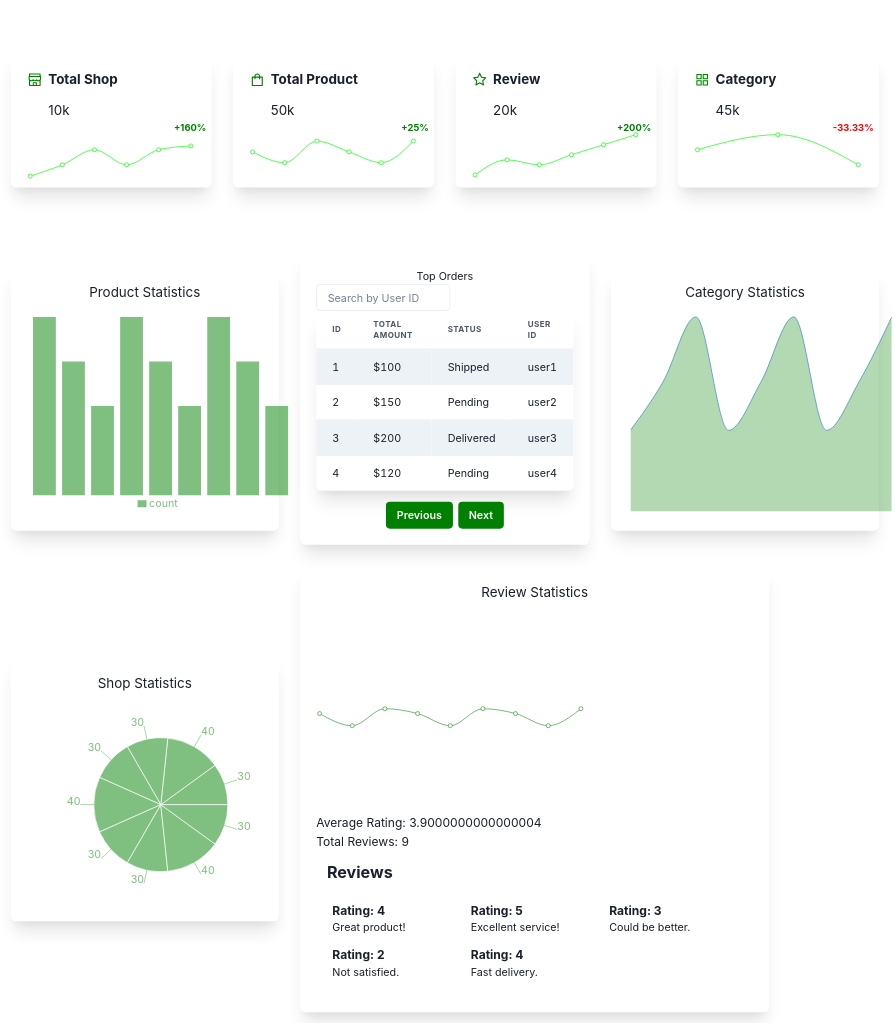
Repository: Andarg01/chakra-dashboard
Page: /
These files come from the project's save history. The page is drawn as it stood at one moment and after the next save; the edit follows.
The browser window is 1280 px wide. The page is 1336 px wide, then 1280 px, so the pictures cover 1336 px, including what lies to the right of the window. The pictures show the whole page, at 67% of full size.
The project was rebuilt for these pictures with package versions that can differ from the ones it lists, and the page was loaded fresh each time. Also part of the build but not shown: src/components/ProductModal.tsx, src/components/ProductTable.tsx, src/pages/ProductList.tsx, src/components/RecentSalesTable.tsx, src/components/PopularProductsPage.tsx, src/pages/Analytics.tsx.

Above is the page before, as saved 2024-03-15 15:25:01.

### src/index.tsx
import React from 'react';
import ReactDOM from 'react-dom/client';
import './index.css';
import App from './App';

import { ChakraProvider } from '@chakra-ui/react';


const root = ReactDOM.createRoot(
  document.getElementById('root') as HTMLElement
);
root.render(

  <React.StrictMode>
  <ChakraProvider>
    <App />
    </ChakraProvider>
  </React.StrictMode>

);

### src/App.tsx
import React from 'react'
import ProductList from './pages/ProductList'
import Dashboard from './components/Dashboard'
import Sidebar from './components/Sidebar';
import Analytics from './pages/Analytics';
import { BrowserRouter, Route, Routes } from 'react-router-dom';
const App = () => {
  return (
    <div>
    <BrowserRouter>
    <Sidebar>
      <Routes>
      <Route path="/" element={<Dashboard />}/>
      <Route path="/dashboard" element={<Dashboard />}/>
      <Route path="/analytics" element={<Analytics  />} />
      <Route path="/product" element={<ProductList />}/>

      </Routes>
    </Sidebar>
  </BrowserRouter>
    </div>
  )
}

export default App





















// import React from 'react';
// import { BrowserRouter, Route, Routes } from 'react-router-dom';
// import Sidebar from './components/Sidebar';

// import Dashboard from './pages/Dashboard'

// import Analytics from './pages/AnalyticsPage'

// import ProductList from './ProductList';
// import './App.css';


// // import { ChakraProvider } from '@chakra-ui/react';

// type SaleData = {
//   date: string;
//   amount: number;
// };

// type RevenueData = {
//   month: string;
//   revenue: number;
// };

// const App: React.FC = () => {
//   const saleData: SaleData[] = [
//     { date: '2022-01-01', amount: 100 },
//     { date: '2022-01-02', amount: 150 },
//     { date: '2022-01-03', amount: 200 },
//     { date: '2022-01-04', amount: 120 },
//     { date: '2022-01-05', amount: 180 },
//     { date: '2022-01-06', amount: 90 },
//     { date: '2022-01-07', amount: 110 },
//     { date: '2022-01-08', amount: 130 },
//     { date: '2022-01-09', amount: 170 },
//     { date: '2022-01-10', amount: 160 },
//   ];

//   const revenueData: RevenueData[] = [
//     { month: 'January', revenue: 500 },
//     { month: 'February', revenue: 700 },
//     { month: 'March', revenue: 600 },
//     { month: 'April', revenue: 800 },
//     { month: 'May', revenue: 900 },
//     { month: 'June', revenue: 750 },
//     { month: 'July', revenue: 850 },
//     { month: 'August', revenue: 950 },
//     { month: 'September', revenue: 700 },
//     { month: 'October', revenue: 850 },
//   ];

//   return (
//     // <ChakraProvider>
//       <div>
//         <BrowserRouter>
//           <Sidebar>
//             <Routes>
//               <Route path="/" element={<Dashboard saleData={saleData} revenueData={revenueData} />} />
//               <Route path="/dashboard" element={<Dashboard saleData={saleData} revenueData={revenueData} />} />

//               <Route path="/analytics" element={<Analytics />} />
//               <Route path="/product" element={<ProductList />} />

//             </Routes>
//           </Sidebar>
//         </BrowserRouter>
//       </div>
//     {/* </ChakraProvider> */}
//   );
// };

// export default App;

### src/components/Sidebar.tsx




import React, { useState } from 'react';
import {
  FaTh,
  FaBars,
  FaShoppingBag,
  FaRegChartBar,
} from 'react-icons/fa';

import { NavLink } from 'react-router-dom';
import { Box, IconButton, Text, Flex } from '@chakra-ui/react';

interface MenuItem {
  path: string;
  name: string;
  icon: JSX.Element;
}

const Sidebar: React.FC<React.PropsWithChildren<{}>> = ({ children }) => {
  const [isOpen, setIsOpen] = useState(false);

  const toggle = () => setIsOpen(!isOpen);

  const menuItems: MenuItem[] = [
    {
      path: '/',
      name: 'Dashboard',
      icon: <FaTh />,
    },
    {
      path: '/analytics',
      name: 'Analytics',
      icon: <FaRegChartBar />,
  },
    {
      path: '/product',
      name: 'Product',
      icon: <FaShoppingBag />,
    },
  ];

  return (
    <Flex>
      <Box
        width={isOpen ? '200px' : '50px'}
        bg="#fff"
        boxShadow="5px 5px 4px rgb(212, 212, 212)"
        color="#000"
        height="100vh"
        transition="all 0.5s"
        overflowX="hidden"
      >
        <Flex
          className="top_section"
          direction="column"
          align="center"
          justify="center"
          p="20px 15px"
        >
          <Text fontSize={isOpen ? '30px' : '0'} className="logo">
            Logo
          </Text>
          <IconButton
            marginLeft={isOpen ? '50px' : '0px'}
            className="bars"
            fontSize="25px"
            aria-label="Toggle Sidebar"
            icon={<FaBars />}
            onClick={toggle}
          />
        </Flex>
        {menuItems.map((item, index) => (
          <NavLink to={item.path} key={index} className="link">
            <Flex
              p="10px 15px"
              color="#37305F"
              _hover={{ bgColor: ' #006400', color: '#fff', margin: '10px', borderRadius: '10px' }}
              _active={{ bgColor: ' #006400', color: '#fff', margin: '10px', borderRadius: '10px' }}
            >
              <Box className="icon" marginRight="3">
                {item.icon}
              </Box>
              <Text
                display={isOpen ? 'block' : 'none'}
                className="link_text text-sm"
                marginLeft="3"
              >
                {item.name}
              </Text>
            </Flex>
          </NavLink>
        ))}
      </Box>
      <Box flex="1">{children}</Box>
    </Flex>
  );
};

export default Sidebar;

### src/components/Statics.tsx

import React, { useState } from 'react';
import { Box, Table, Thead, Tbody, Tr, Th, Td, Button, Flex, Input, FormControl } from '@chakra-ui/react';

interface Order {
  id: string;
  totalAmount: number;
  status: string;
  userId: string;
}

interface TopOrdersTableProps {
  orders: Order[];
  currentPage: number;
  itemsPerPage: number;
  searchUserId: string;
  setSearchUserId: (userId: string) => void;
}

const TopOrdersTable: React.FC<TopOrdersTableProps> = ({ orders, currentPage, itemsPerPage, searchUserId }) => {
  const startIndex = (currentPage - 1) * itemsPerPage;
  const endIndex = startIndex + itemsPerPage;

  const filteredOrders = searchUserId.trim() !== '' ?
    orders.filter(order => order.userId.toLowerCase().includes(searchUserId.toLowerCase())) :
    orders;

  const currentOrders = filteredOrders.slice(startIndex, endIndex);

  return (
    <Box boxShadow="xl" borderRadius="lg" overflow="hidden">
      <Table variant="striped" colorScheme="gray">
        <Thead>
          <Tr>
            <Th>ID</Th>
            <Th>Total Amount</Th>
            <Th>Status</Th>
            <Th>User ID</Th>
          </Tr>
        </Thead>
        <Tbody>
          {currentOrders.map((order) => (
            <Tr key={order.id}>
              <Td>{order.id}</Td>
              <Td>${order.totalAmount}</Td>
              <Td>{order.status}</Td>
              <Td>{order.userId}</Td>
            </Tr>
          ))}
        </Tbody>
      </Table>
    </Box>
  );
};

const Statics: React.FC = () => {
  const [currentPage, setCurrentPage] = useState(1);
  const [searchUserId, setSearchUserId] = useState('');
  const itemsPerPage = 4;

  const handleNextPage = () => {
    setCurrentPage((prevPage) => prevPage + 1);
  };

  const handlePreviousPage = () => {
    setCurrentPage((prevPage) => Math.max(prevPage - 1, 1));
  };

  return (
    <div>
      <h1>Top Orders</h1>
      <FormControl justifyContent="end" width="200px">
        <Input
          type="text"
          placeholder="Search by User ID"
          value={searchUserId}
          onChange={(e) => setSearchUserId(e.target.value)}
        />
      </FormControl>
      <TopOrdersTable
        orders={sampleOrders}
        currentPage={currentPage}
        itemsPerPage={itemsPerPage}
        searchUserId={searchUserId}
        setSearchUserId={setSearchUserId}
      />
      <Flex justifyContent="center" mt={4}>
        <Button onClick={handlePreviousPage} disabled={currentPage === 1} bg="#008000" color="white" mr={2}>Previous</Button>
        <Button onClick={handleNextPage} bg="#008000" color="white">Next</Button>
      </Flex>
    </div>
  );
};

export default Statics;

const sampleOrders: Order[] = [
  {
    id: '1',
    totalAmount: 100,
    status: 'Shipped',
    userId: 'user1',
  },
  {
    id: '2',
    totalAmount: 150,
    status: 'Pending',
    userId: 'user2',
  },
  {
    id: '3',
    totalAmount: 200,
    status: 'Delivered',
    userId: 'user3',
  },
  {
    id: '4',
    totalAmount: 120,
    status: 'Pending',
    userId: 'user4',
  },
  {
    id: '5',
    totalAmount: 180,
    status: 'Shipped',
    userId: 'user5',
  },
  {
    id: '6',
    totalAmount: 90,
    status: 'Delivered',
    userId: 'user6',
  },
  {
    id: '7',
    totalAmount: 220,
    status: 'Shipped',
    userId: 'user7',
  },
  {
    id: '8',
    totalAmount: 90,
    status: 'Delivered',
    userId: 'user6',
  },
  {
    id: '9',
    totalAmount: 220,
    status: 'Shipped',
    userId: 'user7',
  },
  {
    id: '10',
    totalAmount: 90,
    status: 'Delivered',
    userId: 'user6',
  },

];

// import React from 'react';
// import { Box, Table, Thead, Tbody, Tr, Th, Td } from '@chakra-ui/react';

// interface Order {
//   id: string;
//   totalAmount: number;
//   status: string;
//   userId: string;
// }

// interface TopOrdersTableProps {
//   orders: Order[];
// }

// const TopOrdersTable: React.FC<TopOrdersTableProps> = ({ orders }) => {
//   return (
//     <Box boxShadow="xl" borderRadius="lg" overflow="hidden">
//       <Table variant="striped" colorScheme="gray">
//         <Thead>
//           <Tr>
//             <Th>ID</Th>
//             <Th>Total Amount</Th>
//             <Th>Status</Th>
//             <Th>User ID</Th>
//           </Tr>
//         </Thead>
//         <Tbody>
//           {orders.map((order) => (
//             <Tr key={order.id}>
//               <Td>{order.id}</Td>
//               <Td>${order.totalAmount}</Td>
//               <Td>{order.status}</Td>
//               <Td>{order.userId}</Td>
//             </Tr>
//           ))}
//         </Tbody>
//       </Table>
//     </Box>
//   );
// };

// const sampleOrders: Order[] = [
//   {
//     id: '1',
//     totalAmount: 100,
//     status: 'Shipped',
//     userId: 'user1',
//   },
//   {
//     id: '2',
//     totalAmount: 150,
//     status: 'Pending',
//     userId: 'user2',
//   },
//   {
//     id: '3',
//     totalAmount: 200,
//     status: 'Delivered',
//     userId: 'user3',
//   },
//   {
//     id: '4',
//     totalAmount: 120,
//     status: 'Pending',
//     userId: 'user4',
//   },
//   {
//     id: '5',
//     totalAmount: 180,
//     status: 'Shipped',
//     userId: 'user5',
//   },
// ];

// const Statics: React.FC = () => {
//   return (
//     <div>
//       <h1>Top Orders</h1>
//       <TopOrdersTable orders={sampleOrders} />
//     </div>
//   );
// };

// export default Statics;

### src/components/AnalyticalCard.tsx
import React from 'react';
import { Box, Text, Flex, useColorModeValue, Center } from '@chakra-ui/react';
import { LineChart, Line, Tooltip } from 'recharts';
import { AiOutlineShop, AiOutlineShopping, AiOutlineFileText, AiOutlineStar, AiOutlineAppstore } from 'react-icons/ai';

interface AnalyticsCardProps {
  title: string;
  value: number;
  data: { name: string; value: number }[];
  icon: React.ReactElement;
}

const AnalyticsCard: React.FC<AnalyticsCardProps> = ({ title, value, data, icon }) => {
  const cardBgColor = useColorModeValue('white', 'gray.800');

  // Calculate the percentage change
  const percentageChange = data.length > 1 ? ((data[data.length - 1].value - data[0].value) / data[0].value) * 100 : 0;
  const isIncreasing = percentageChange >= 0;

  return (
    <Center m={4}>
      <Box
        bgColor={cardBgColor}
        p={6}
        borderRadius="lg"
        boxShadow="xl"
        width={{ base: '90%', md: '300px', lg: '300px' }} // Adjusted width for responsiveness
        maxWidth="350px" // Added max width for larger screens
        height="200px" // Set height to one-third of the original height
        display="flex"
        flexDirection="column"
        position="relative" // Add position relative for absolute positioning of percentage
      >
        <Flex align="center" mb={4}>
          {React.cloneElement(icon, { color: 'green' })} {/* Set icon color to green */}
          <Text fontSize="xl" fontWeight="bold" ml={2}>
            {title}
          </Text>
        </Flex>
        <Text fontSize="xl" fontWeight="normal" mb={4} pl={8}>
          {value}k
        </Text>
        <Flex flex="1" direction="column" justify="flex-end">
          <LineChart width={250} height={100} data={data}>
            <Line
              type="monotone"
              dataKey="value"
              stroke="#00ff00" // Set stroke to green
              isAnimationActive={false} // Disable animation to hide the rectangle background
            />
            <Tooltip isAnimationActive={false} /> {/* Hide tooltips */}
          </LineChart>
        </Flex>
        <Box
          position="absolute"
          top="100px"
          right="8px"
          fontSize="sm"
          fontWeight="bold"
          color={isIncreasing ? 'green' : 'red'}
        >
          {`${isIncreasing ? '+' : '-'}${Math.abs(Number(percentageChange.toFixed(2)))}%`}
        </Box>
      </Box>
    </Center>
  );
};

const FullAnalyticsPage: React.FC = () => {
  // Data for each card
  const shopData = [
    { name: 'Jan', value: 5 },
    { name: 'Feb', value: 8 },
    { name: 'Mar', value: 12 },
    { name: 'apr', value: 8 },
    { name: 'jun', value: 12 },
    { name: 'jula', value: 13 },
    // Add more data points as needed
  ];

  const productData = [
    { name: 'Jan', value: 20 },
    { name: 'Feb', value: 15 },
    { name: 'Mar', value: 25 },
    { name: 'apr', value: 20 },
    { name: 'jun', value: 15 },
    { name: 'jula', value: 25 },
    // Add more data points as needed
  ];

  const reviewData = [
    { name: 'Jan', value: 4 },
    { name: 'Feb', value: 7 },
    { name: 'Mar', value: 6 },
    { name: 'apr', value: 8 },
    { name: 'jun', value: 10 },
    { name: 'jula', value: 12 },
  ];

  const categoryData = [
    { name: 'Category A', value: 15 },
    { name: 'Category B', value: 20 },
    { name: 'Category C', value: 10 },
    // Add more data points as needed
  ];

  return (
    <Flex justify="center" align="center" minHeight="50vh">
      <Flex direction={{ base: 'column', md: 'row' }} align="center">
        <AnalyticsCard title="Total Shop" value={10} data={shopData} icon={<AiOutlineShop size={24} />} />
        <AnalyticsCard title="Total Product" value={50} data={productData} icon={<AiOutlineShopping size={24} />} />
        <AnalyticsCard title="Review" value={20} data={reviewData} icon={<AiOutlineStar size={24} />} />
        <AnalyticsCard title="Category" value={45} data={categoryData} icon={< AiOutlineAppstore size={24} />} />
      </Flex>
    </Flex>
  );
};

export default FullAnalyticsPage;



// import React from 'react';
// import { Box, Text, Flex, useColorModeValue } from '@chakra-ui/react';
// import { LineChart, Line, Tooltip } from 'recharts';
// import { AiOutlineShop, AiOutlineShopping, AiOutlineFileText, AiOutlineStar,  AiOutlineAppstore } from 'react-icons/ai';

// interface AnalyticsCardProps {
//   title: string;
//   value: number;
//   data: { name: string; value: number }[];
//   icon: React.ReactElement;
// }

// const AnalyticsCard: React.FC<AnalyticsCardProps> = ({ title, value, data, icon }) => {
//   const cardBgColor = useColorModeValue('white', 'gray.800');

//   // Calculate the percentage change
//   const percentageChange = data.length > 1 ? ((data[data.length - 1].value - data[0].value) / data[0].value) * 100 : 0;
//   const isIncreasing = percentageChange >= 0;

//   return (
//     <Box
//       bgColor={cardBgColor}
//       p={6}
//       borderRadius="lg"
//       boxShadow="xl"
//       width="300px"
//       height="200px" // Set height to one-third of the original height
//       display="flex"
//       flexDirection="column"
//       margin="4"
//       position="relative" // Add position relative for absolute positioning of percentage
//     >
//       <Flex align="center" mb={4}>
//         {React.cloneElement(icon, { color: 'green' })} {/* Set icon color to green */}
//         <Text fontSize="xl" fontWeight="bold" ml={2}>
//           {title}
//         </Text>
//       </Flex>
//       <Text fontSize="xl" fontWeight="normal" mb={4} pl={8}>
//         {value}k
//       </Text>
//       <Flex flex="1" direction="column" justify="flex-end">
//         <LineChart width={250} height={100} data={data}>
//           <Line
//             type="monotone"
//             dataKey="value"
//             stroke="#00ff00" // Set stroke to green
//             isAnimationActive={false} // Disable animation to hide the rectangle background
//           />
//           <Tooltip isAnimationActive={false} /> {/* Hide tooltips */}
//         </LineChart>
//       </Flex>
//       <Box
//         position="absolute"
//         top="100px"
//         right="8px"
//         fontSize="sm"
//         fontWeight="bold"
//         color={isIncreasing ? 'green' : 'red'}
//       >
//         `${isIncreasing ? '+' : '-'}${Math.abs(Number(percentageChange.toFixed(2)))}%`


//       </Box>
//     </Box>
//   );
// };

// const FullAnalyticsPage: React.FC = () => {
//   // Data for each card
//   const shopData = [
//     { name: 'Jan', value: 5 },
//     { name: 'Feb', value: 8 },
//     { name: 'Mar', value: 12 },
//     { name: 'apr', value: 8 },
//     { name: 'jun', value: 12 },
//     { name: 'jula', value: 13 },
//     // Add more data points as needed
//   ];

//   const productData = [
//     { name: 'Jan', value: 20 },
//     { name: 'Feb', value: 15 },
//     { name: 'Mar', value: 25 },
//     { name: 'apr', value: 20 },
//     { name: 'jun', value: 15 },
//     { name: 'jula', value: 25 },
//     // Add more data points as needed
//   ];

//   const orderData = [
//     { name: 'Jan', value: 10 },
//     { name: 'Feb', value: 18 },
//     { name: 'Mar', value: 15 },
//     { name: 'apr', value: 30 },
//     { name: 'jun', value: 15 },
//     { name: 'jula', value: 20 },

//   ];

//   const reviewData = [
//     { name: 'Jan', value: 4 },
//     { name: 'Feb', value: 7 },
//     { name: 'Mar', value: 6 },
//     { name: 'apr', value: 8 },
//     { name: 'jun', value: 10 },
//     { name: 'jula', value: 12 },

//   ];

//   const categoryData = [
//     { name: 'Category A', value: 15 },
//     { name: 'Category B', value: 20 },
//     { name: 'Category C', value: 10 },
//     // Add more data points as needed
//   ];

//   return (
//     <Flex justify="between" align="center" height="50vh">
//       <Flex direction="row" align="center" wrap="wrap">
//         <AnalyticsCard title="Total Shop" value={10} data={shopData} icon={<AiOutlineShop size={24} />} />
//         <AnalyticsCard title="Total Product" value={50} data={productData} icon={<AiOutlineShopping size={24} />} />
//         {/* <AnalyticsCard title="Total Order" value={303} data={orderData} icon={<AiOutlineFileText size={24} />} /> */}
//         <AnalyticsCard title="Review" value={20} data={reviewData} icon={<AiOutlineStar size={24} />} />
//         <AnalyticsCard title="Category" value={45} data={categoryData} icon={< AiOutlineAppstore size={24} />} />
//       </Flex>
//     </Flex>
//   );
// };

// export default FullAnalyticsPage;

### src/pages/ReviewPage.tsx

import React, { useState, useEffect } from 'react';
import { Box, Flex, Text } from '@chakra-ui/react';

// Sample reviews data
const sampleReviews = [
  { id: '1', rating: 4, comment: 'Great product!', status: true },
  { id: '2', rating: 5, comment: 'Excellent service!', status: true },
  { id: '3', rating: 3, comment: 'Could be better.', status: true },
  { id: '4', rating: 2, comment: 'Not satisfied.', status: true },
  { id: '5', rating: 4, comment: 'Fast delivery.', status: true }
];

const ReviewPage: React.FC = () => {
  const [reviews, setReviews] = useState(sampleReviews);

  // useEffect(() => {
  //   // Fetch reviews data from your backend API
  //   axios.get('/api/reviews')
  //     .then(response => {
  //       setReviews(response.data);
  //     })
  //     .catch(error => {
  //       console.error('Error fetching reviews:', error);
  //     });
  // }, []);

  return (
    <Box p={4}>
      <Text fontSize="2xl" fontWeight="bold" mb={4}>Reviews</Text>
      <Flex flexWrap="wrap">
        {reviews.map(review => (
          <Box key={review.id} width={['100%', '50%', '33.33%']} p={2}>
            <Text fontSize="lg" fontWeight="bold">Rating: {review.rating}</Text>
            <Text>{review.comment}</Text>
          </Box>
        ))}
      </Flex>
    </Box>
  );
};

export default ReviewPage;


// import React, { useState, useEffect } from 'react';
// import { Box, Flex, Text } from '@chakra-ui/react';
// import axios from 'axios'; // assuming you're using Axios for HTTP requests

// interface Review {
//   id: string;
//   rating: number;
//   comment: string;
//   status: boolean;
// }

// const ReviewPage: React.FC = () => {
//   const [reviews, setReviews] = useState<Review[]>([]);

//   useEffect(() => {
//     // Fetch reviews data from your backend API
//     axios.get('https://sheba-app.onrender.com/api/reviews')
//       .then(response => {
//         setReviews(response.data);
//       })
//       .catch(error => {
//         console.error('Error fetching reviews:', error);
//       });
//   }, []);

//   return (
//     <Box p={4}>
//       <Text fontSize="2xl" fontWeight="bold" mb={4}>Reviews</Text>
//       <Flex flexWrap="wrap">
//         {reviews.map(review => (
//           <Box key={review.id} width={['100%', '50%', '33.33%']} p={2}>
//             <Text fontSize="lg" fontWeight="bold">Rating: {review.rating}</Text>
//             <Text>{review.comment}</Text>
//           </Box>
//         ))}
//       </Flex>
//     </Box>
//   );
// };

// export default ReviewPage;

Loaded but not shown: public/index.html (common file); src/index.css (common file); src/components/Dashboard.tsx (397 lines, source omitted)

After the next save:
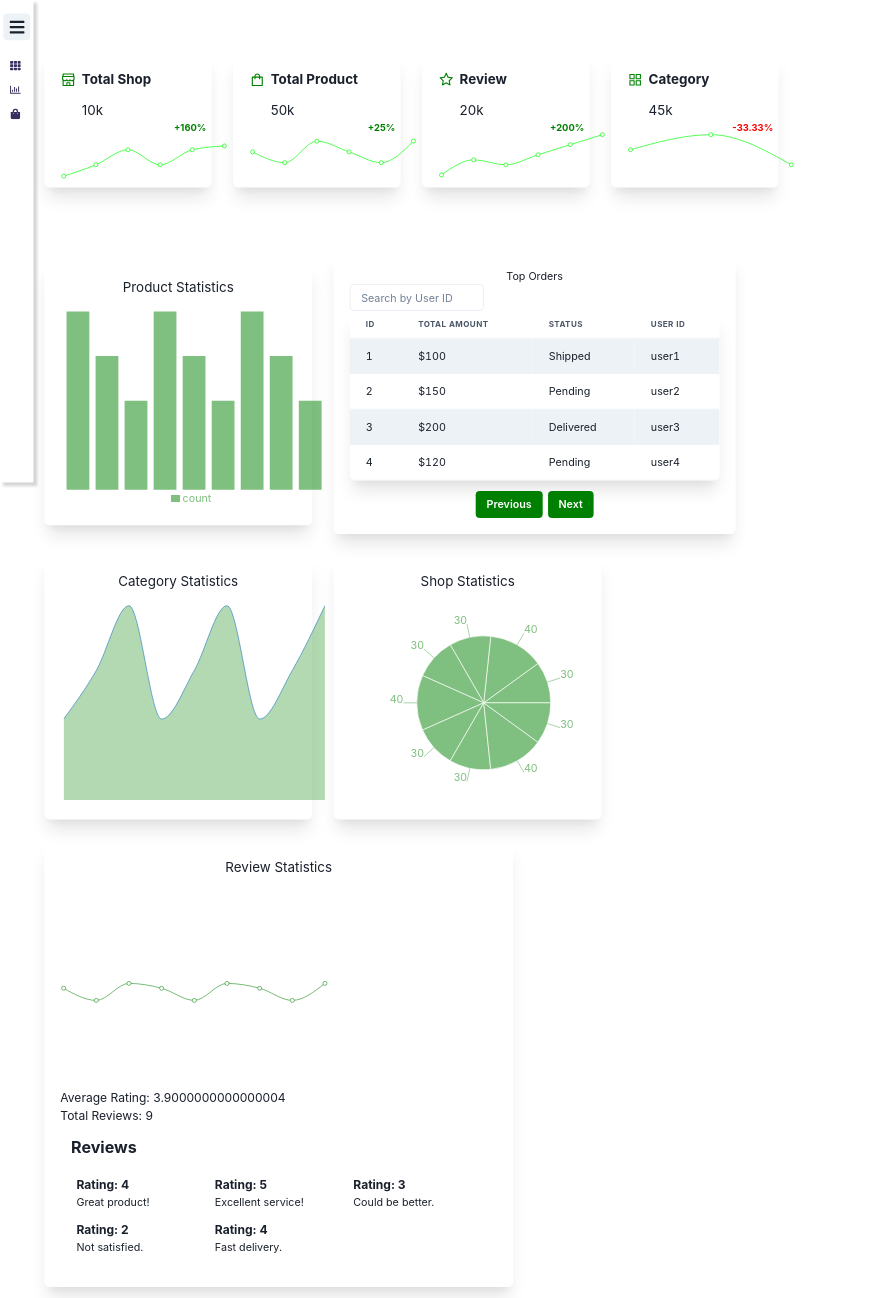
Saved 116 s later.
--- a/src/components/AnalyticalCard.tsx
+++ b/src/components/AnalyticalCard.tsx
@@ -25,7 +25,7 @@ const AnalyticsCard: React.FC<AnalyticsCardProps> = ({ title, value, data, icon
         borderRadius="lg"
         boxShadow="xl"
         width={{ base: '90%', md: '300px', lg: '300px' }} // Adjusted width for responsiveness
-        maxWidth="350px" // Added max width for larger screens
+        maxWidth="250px" // Added max width for larger screens
         height="200px" // Set height to one-third of the original height
         display="flex"
         flexDirection="column"
